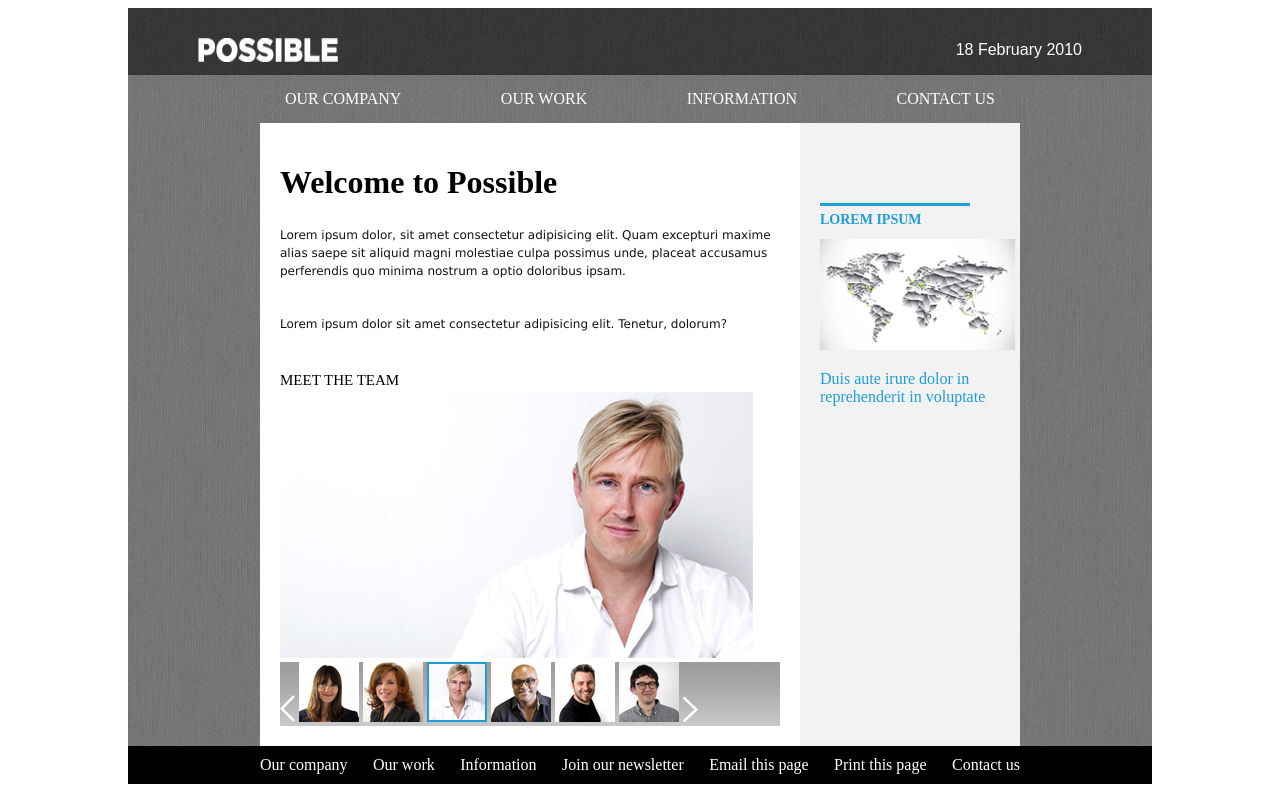
Repository: grzegorzgebala/possible-site
Page: index.html
These files come from the project's save history. The page is drawn as it stood at one moment and after the next save; the edit follows.
The browser window is 1280 px wide. The pictures show the whole page.
The style sheet was rebuilt from its Sass, Less or Tailwind sources for each picture, by a compiler version that may differ from the author's.

Above is the page before, as saved 2020-02-15 23:36:04.

After the next save:
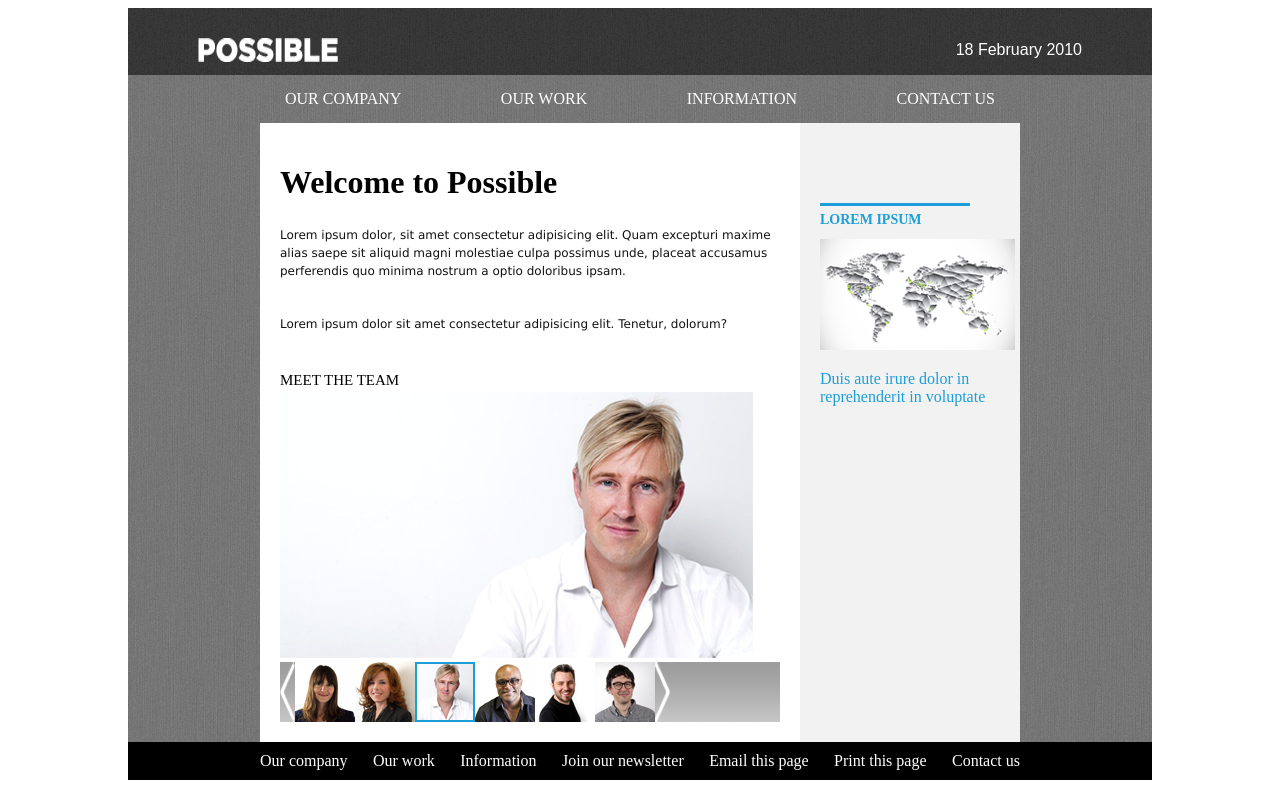
Saved 7 s later.
--- a/sass/style.scss
+++ b/sass/style.scss
@@ -93,7 +93,7 @@
         .carousele {
             overflow: hidden;
             background-image: url("/images/carouseleBackground.png");
-            // display: flex;
+            display: flex;
             // justify-content: space-between;
         }
     }

After the save that followed:
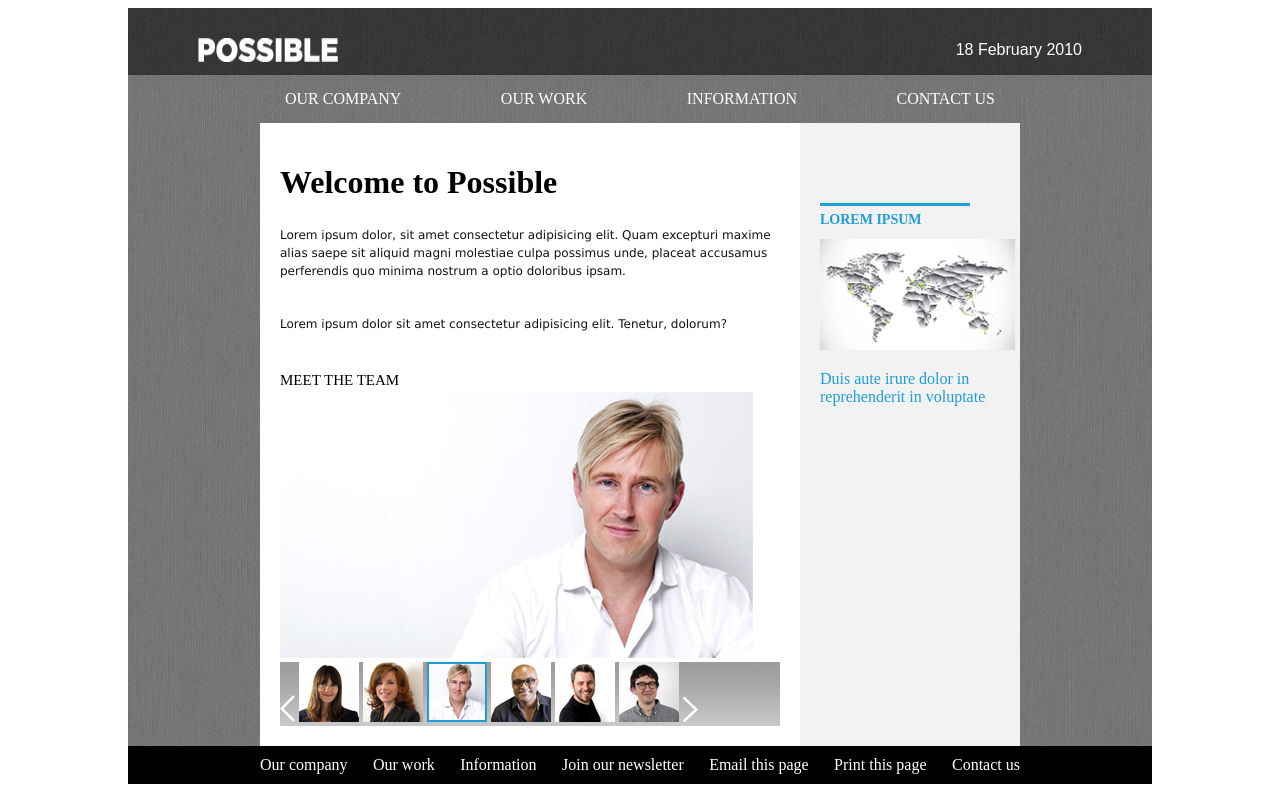
Saved 5 s later.
--- a/sass/style.scss
+++ b/sass/style.scss
@@ -93,7 +93,7 @@
         .carousele {
             overflow: hidden;
             background-image: url("/images/carouseleBackground.png");
-            display: flex;
+            // display: flex;
             // justify-content: space-between;
         }
     }
